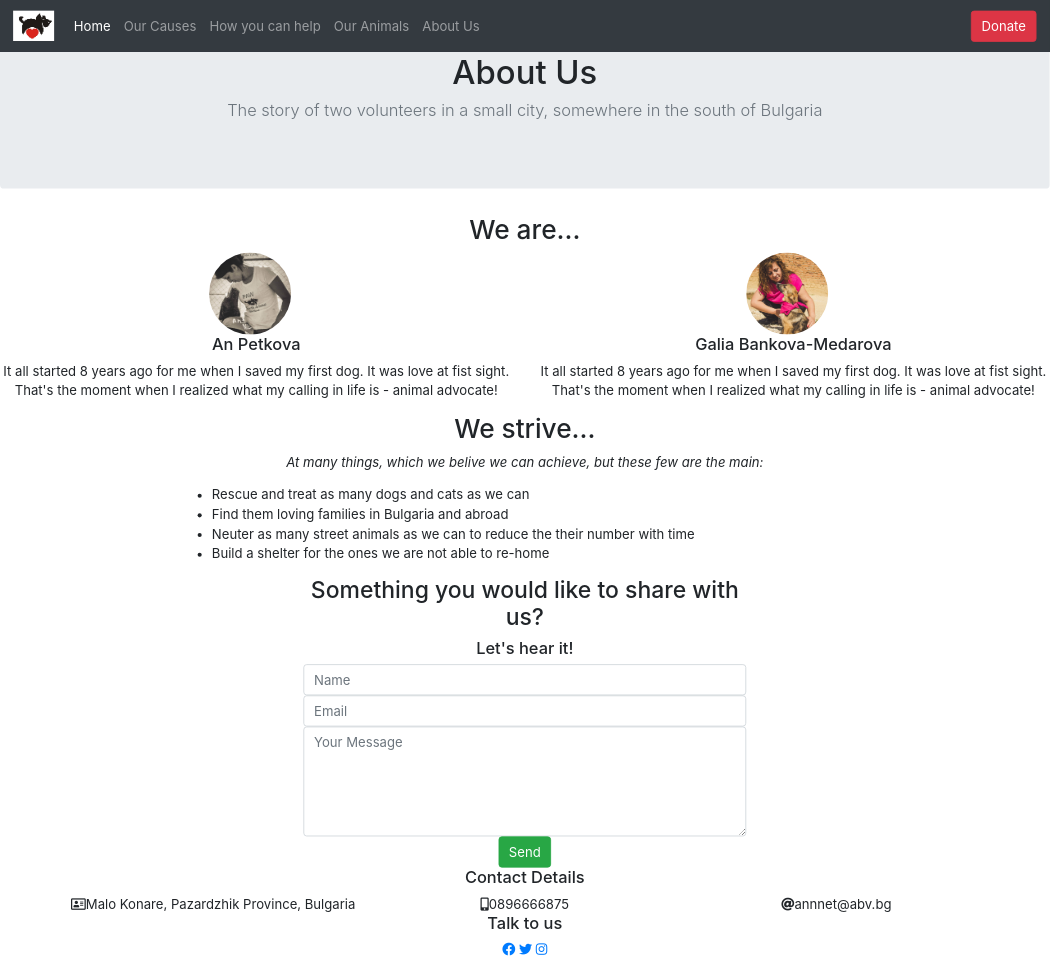
Repository: Naity17/PAW-first-website
Page: About-Us.html
The author's editor kept a record of every edit. The page is drawn from the files as they stood at one moment, then again after the next edit.
The browser window is 1280 px wide. The page is 1295 px wide, so the pictures cover 1295 px, including what lies to the right of the window. The pictures show the whole page, at 82% of full size.
Some web libraries are served in a nearby version.

Above is the page before.
Console error: TypeError: Cannot read properties of undefined (reading 'fn')

### About-Us.html
<!DOCTYPE html>
<html lang="en">

<head>
    <meta charset="UTF-8">
    <meta name="viewport" content="width=device-width, initial-scale=1.0">
    <meta http-equiv="X-UA-Compatible" content="ie=edge">
    <link rel="stylesheet" href="https://stackpath.bootstrapcdn.com/bootstrap/4.3.1/css/bootstrap.min.css" integrity="sha384-ggOyR0iXCbMQv3Xipma34MD+dH/1fQ784/j6cY/iJTQUOhcWr7x9JvoRxT2MZw1T" crossorigin="anonymous">
    <link rel="stylesheet" href="https://use.fontawesome.com/releases/v5.9.0/css/all.css" integrity="sha384-i1LQnF23gykqWXg6jxC2ZbCbUMxyw5gLZY6UiUS98LYV5unm8GWmfkIS6jqJfb4E" crossorigin="anonymous">
    <script src="https://stackpath.bootstrapcdn.com/bootstrap/4.3.1/js/bootstrap.min.js" integrity="sha384-JjSmVgyd0p3pXB1rRibZUAYoIIy6OrQ6VrjIEaFf/nJGzIxFDsf4x0xIM+B07jRM" crossorigin="anonymous"></script>
    <link rel="stylesheet" href="assets/css/style.css" type="text/css" />
    <title>PAW - Pazardjik Animal Welfare</title>
</head>

<body>
    <header>
        <!-- ---------------NavBar-------------- -->
        <nav class="navbar navbar-expand-md navbar-dark fixed-top bg-dark">
            <a class="navbar-brand" href="index.html">
                <img src="assets/images/general/logo.jpg">
            </a>
            <button class="navbar-toggler collapsed" type="button" data-toggle="collapse" data-target="#navbarCollapse" aria-controls="navbarCollapse" aria-expanded="false" aria-label="Toggle navigation">
              <span class="navbar-toggler-icon"></span>
            </button>
            <div class="navbar-collapse collapse" id="navbarCollapse" style="">
                <ul class="navbar-nav mr-auto">
                    <li class="nav-item active">
                        <a class="nav-link" href="#">Home</a>
                    </li>
                    <li class="nav-item">
                        <a class="nav-link" href="#">Our Causes</a>
                    </li>
                    <li class="nav-item">
                        <a class="nav-link" href="#">How you can help</a>
                    </li>
                    <li class="nav-item">
                        <a class="nav-link" href="#">Our Animals</a>
                    </li>
                    <li class="nav-item">
                        <a class="nav-link" href="#">About Us<span class="sr-only">(current)</span></a>
                    </li>
                </ul>
                <button class="btn btn-danger navbar-btn">Donate</button>
            </div>
        </nav>
        <!-- ---------------End of NavBar-------------- -->
    </header>
    <section id="about-us">
        <main role="main">
            <section class="jumbotron text-center">
                <div class="container">
                    <h1 class="jumbotron-heading">About Us</h1>
                    <p class="lead text-muted">The story of two volunteers in a small city, somewhere in the south of Bulgaria</p>
                </div>
            </section>
            <section class="text-center" id="about-us-details">
                <div class="row">
                    <div class="col-12">
                        <h2>We are...</h2>
                    </div>
                </div>
                <div class="row">
                    <div class="col-12 col-md-6">
                        <div class="media">
                            <div class="d-sm-block">
                                <img src="assets/images/general/an-petkova.jpg" class="rounded-circle mr-3" height=100 width=100>
                                <h5>An Petkova</h5>
                                <p>It all started 8 years ago for me when I saved my first dog. It was love at fist sight. That's the moment when I realized what my calling in life is - animal advocate!</p>
                            </div>
                        </div>
                    </div>
                    <div class="col-8 col-md-6">
                        <div class="media">
                            <div class="d-sm-block">
                                <img src="assets/images/general/galia-profile.jpg" class="rounded-circle mr-3" height=100 width=100>
                                <h5>Galia Bankova-Medarova</h5>
                                <p>It all started 8 years ago for me when I saved my first dog. It was love at fist sight. That's the moment when I realized what my calling in life is - animal advocate!</p>
                            </div>
                        </div>
                    </div>
                </div>
            </section>
            <section class="text-center" id="our-aims-details">
                <div class="row">
                    <div class="col"></div>
                    <div class="col-8">
                        <h2>We strive...</h2>
                        <p><em>At many things, which we belive we can achieve, but these few are the main:</em></p>
                        <ul class="text-left">
                            <li>Rescue and treat as many dogs and cats as we can</li>
                            <li>Find them loving families in Bulgaria and abroad</li>
                            <li>Neuter as many street animals as we can to reduce the their number with time</li>
                            <li>Build a shelter for the ones we are not able to re-home</li>
                        </ul>
                    </div>
                    <div class="col"></div>
                </div>
            </section>
            <section id="contact-form">
                <div class="container">
                    <div class="row bg-color-contact">
                        <div class="col-12 col-md-6" style="width:800px; margin:0 auto;">
                            <h3 class="contact-heading uppercase text-center">Something you would like to share with us?</h3>
                            <h5 class="uppercase text-center">Let's hear it!</h5>
                            <div class="center-form">
                                <form>
                                    <input type="text" name="name" id="fullname" class="form-control" placeholder="Name" required />
                                    <input type="text" name="email" id="emailaddress" class="form-control" placeholder="Email" required />
                                    <textarea rows="5" name="yourmessage" id="yourmessage" class="form-control" placeholder="Your Message" required></textarea>
                                    <div class="form-row text-center">
                                        <div class="col">
                                            <button type="submit" class="btn btn-success">Send</button>
                                        </div>
                                    </div>
                                </form>
                            </div>
                        </div>
                    </div>
            </section>
        </main>
    </section>

    <footer class="container text-center footer-details">
        <div class="row">
            <div class="col-12">
                <h5>Contact Details</h5>
            </div>
        </div>
        <div id="contact-details-items" class="row ">
            <div class="col-xs-12 col-4 address-item">
                <i class="far fa-address-card"></i>Malo Konare, Pazardzhik Province, Bulgaria
            </div>
            <div class="col-xs-12 col-4 phone-number-item">
                <i class="fas fa-mobile-alt"></i>0896666875
            </div>
            <div class="col-xs-12 col-4 email-item">
                <i class="fas fa-at"></i>annnet@abv.bg
            </div>
        </div>
        <div class="row" id="social-details">
            <div class="col-xs-12 col-sm-12 icons">
                <h5 class="uppercase general-sub">Talk to us</h5>
                <a href="https://www.facebook.com/PAW-Pazardjik-Animal-Welfare-134643483313391/" target="_blank"><i class="fab fa-facebook alignment"></i></a>
                <a href="https://twitter.com/ralito17?lang=en" target="_blank"><i class="fab fa-twitter alignment"></i></a>
                <a href="https://www.instagram.com/?hl=en" target="_blank"><i class="fab fa-instagram alignment"></i></a>
            </div>
        </div>
    </footer>
    <script src="https://code.jquery.com/jquery-3.3.1.slim.min.js" integrity="sha384-q8i/X+965DzO0rT7abK41JStQIAqVgRVzpbzo5smXKp4YfRvH+8abtTE1Pi6jizo" crossorigin="anonymous"></script>
    <script src="https://cdnjs.cloudflare.com/ajax/libs/popper.js/1.14.7/umd/popper.min.js" integrity="sha384-UO2eT0CpHqdSJQ6hJty5KVphtPhzWj9WO1clHTMGa3JDZwrnQq4sF86dIHNDz0W1" crossorigin="anonymous"></script>
    <script src="https://stackpath.bootstrapcdn.com/bootstrap/4.3.1/js/bootstrap.min.js" integrity="sha384-JjSmVgyd0p3pXB1rRibZUAYoIIy6OrQ6VrjIEaFf/nJGzIxFDsf4x0xIM+B07jRM" crossorigin="anonymous"></script>
</body>

</html>

Loaded but not shown: assets/css/style.css (no copy from this time; the picture is the same without it)

After the next edit:
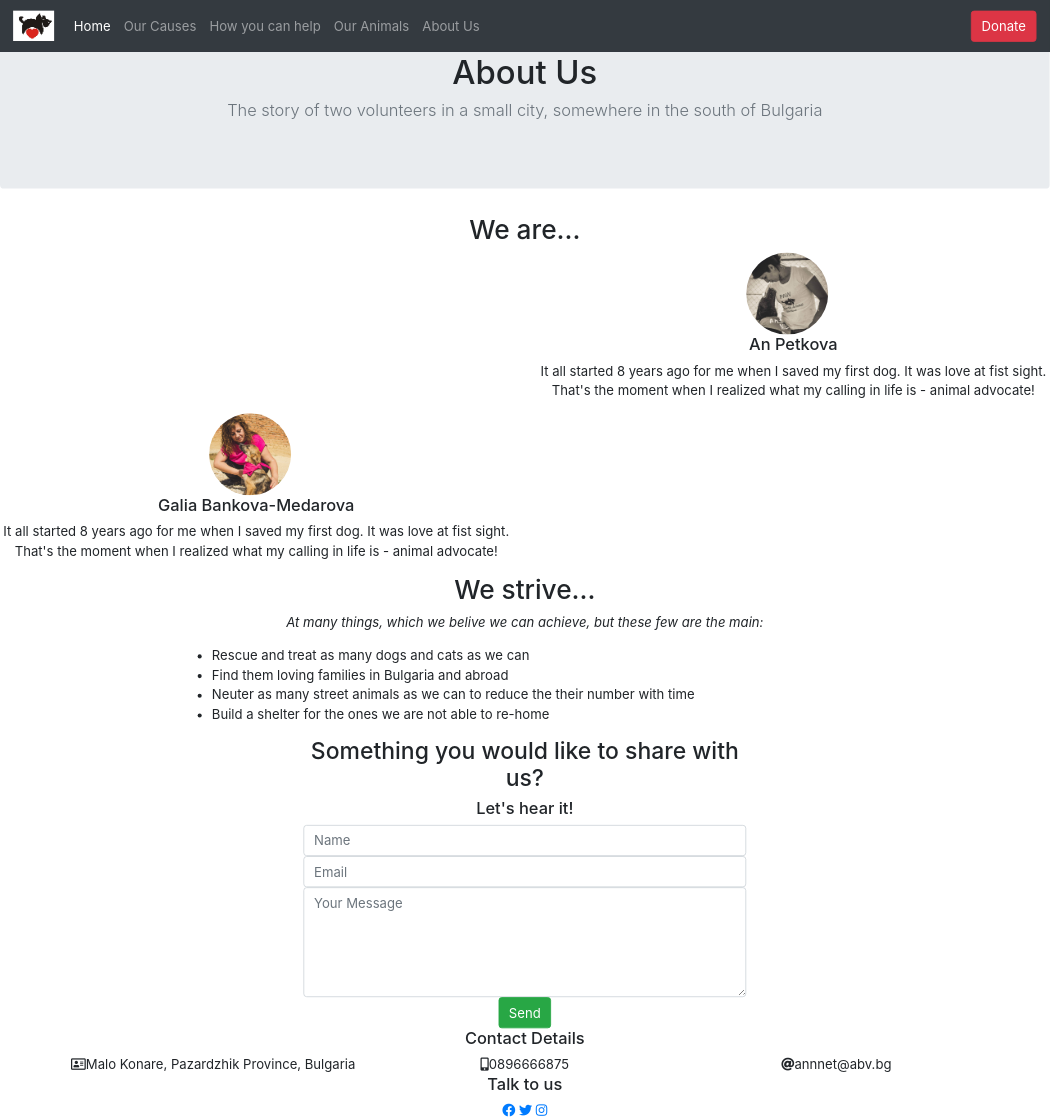
The edit:
--- a/About-Us.html
+++ b/About-Us.html
@@ -60,7 +60,8 @@
                     </div>
                 </div>
                 <div class="row">
-                    <div class="col-12 col-md-6">
+                    <div class="col"></div>
+                    <div class="col-8 col-md-6">
                         <div class="media">
                             <div class="d-sm-block">
                                 <img src="assets/images/general/an-petkova.jpg" class="rounded-circle mr-3" height=100 width=100>
